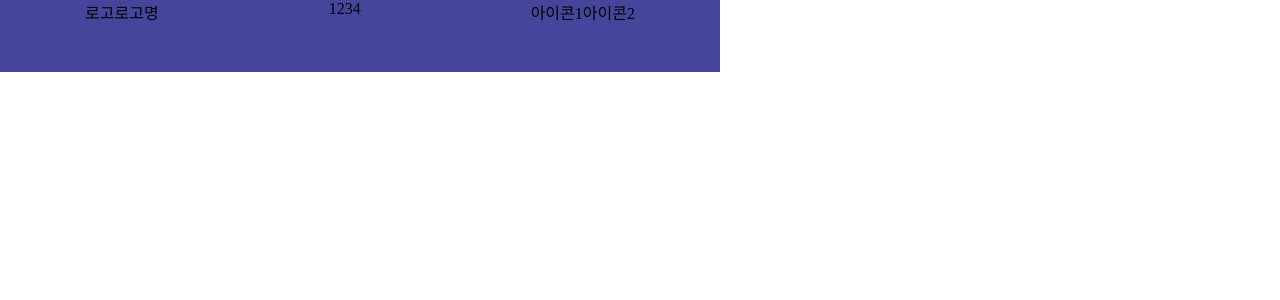
Repository: rlatlswo135/header_project
Page: header.html
The author's editor kept a copy of each file at every save. The page is drawn from the files as they stood at one save, then again after a run of saves.
The browser window is 1280 px wide. The pictures show the whole page.
Some web libraries are served in a nearby version.

Above is the page before, as saved 2021-05-30 21:06:55.

### header.html
<!DOCTYPE html>
<html>
    <head>
        <link rel="stylesheet" href="header.css"/>
    </head>
    <body>
        <div class="header_container">
            <div class="header_logobox">
                <div>로고</div>
                <div>로고명</div>
            </div>
            <div class="header_menubox">
                <ul class="header_menu">
                    <li>1</li>
                    <li>2</li>
                    <li>3</li>
                    <li>4</li>
                </ul>
            </div>
            <div class="header_iconbox">
                <div>아이콘1</div>
                <div>아이콘2</div>
            </div>
        </div>
        <script src="header.js"></script>
        <script src="https://kit.fontawesome.com/cd0a52d46f.js" crossorigin="anonymous"></script>
    </body>
</html>

### header.css
* {
  margin: 0px;
  padding: 0px;
}
:root {
  --background-color: rgb(69, 69, 156);
  --text-color: gold;
}

.header_container {
  display: flex;
  justify-content: space-around;
  background-color: rgb(69, 69, 156);
  width: 100vh;
  height: 10vh;
}

.header_logobox {
  display: flex;
}
.header_menu {
  display: flex;
  list-style: none;
}
.header_iconbox {
  display: flex;
}

Loaded but not shown: header.js (no copy from this time; the picture is the same without it)

After the next 2 saves:
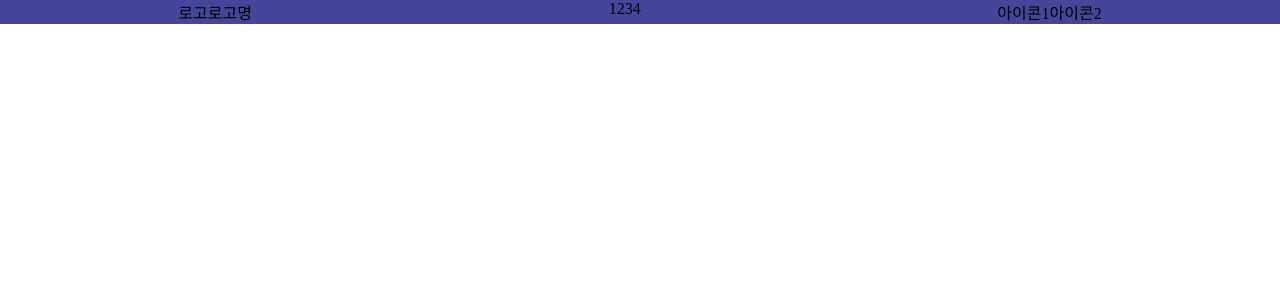
The 2 saves are shown as one change because they came seconds apart.
The last was saved 12 s later.
--- a/header.css
+++ b/header.css
@@ -11,8 +11,8 @@
   display: flex;
   justify-content: space-around;
   background-color: rgb(69, 69, 156);
-  width: 100vh;
-  height: 10vh;
+  width: 100%
+  height: 30%;
 }
 
 .header_logobox {
